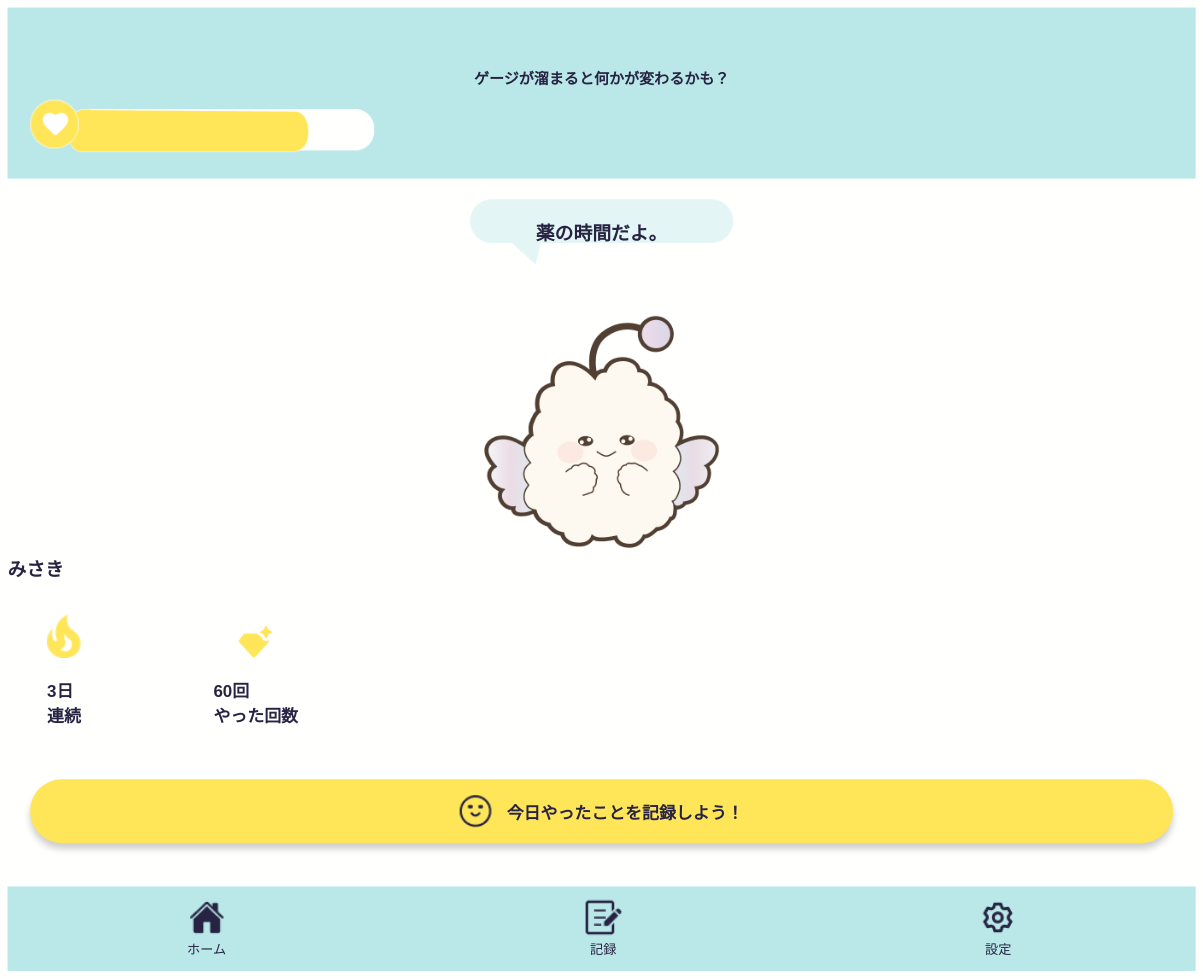
Repository: misaki0919/Self-care
Page: home_page.html
The author's editor kept a copy of each file at every save. The page is drawn from the files as they stood at one save, then again after the next save.
The browser window is 1280 px wide. The pictures show the whole page, at 94% of full size.
Some web fonts or font styles are not loaded; a fallback is used.

Above is the page before, as saved 2026-07-20 21:44:49.

After the next save:
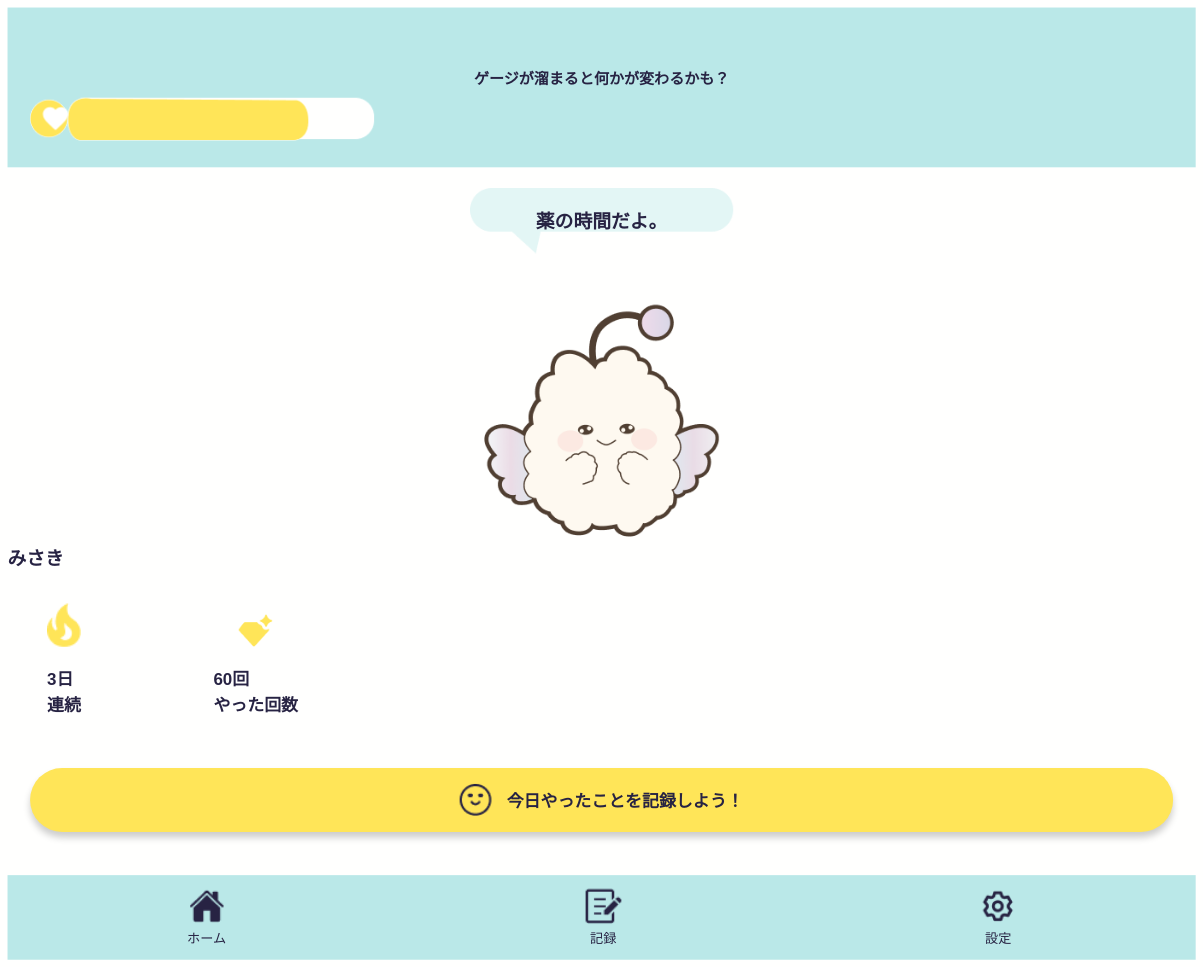
Saved 91 s later.
--- a/css/home_page.css
+++ b/css/home_page.css
@@ -43,12 +43,15 @@ body{
     margin-bottom:-42px;
     position:relative;
     z-index:2;
-}
-
-.images-wrap-1 img:first-child{
+    .white{
     width: 52px;
     height:52px;
     /* background-color: tomato; */
+    }
+}
+
+.images-wrap-1 img:first-child{
+
 
 }
 
